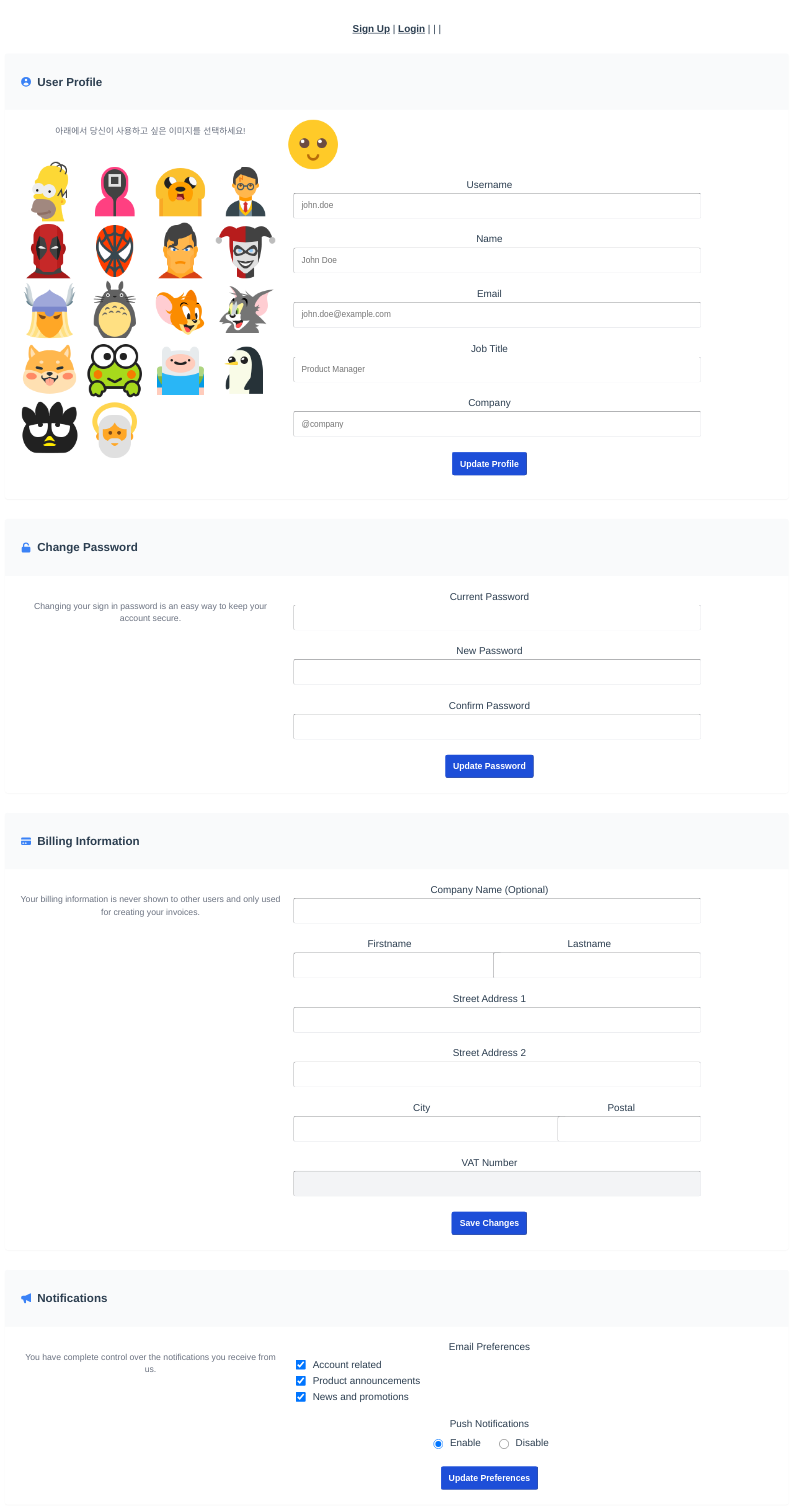
Repository: ryuwc/E_U
Page: /edit (app in final-pjt-front/)
An editor plug-in stored every save of this project. The page is shown before and after the next save, followed by the edit.
The browser window is 1280 px wide. The pictures show the whole page, at 62% of full size.
The project was rebuilt for these pictures with package versions that can differ from the ones it lists, and the page was loaded fresh each time. Also part of the build but not shown: final-pjt-front/vue.config.js.

Above is the page before, as saved 2022-11-17 16:52:56.

After the next save:
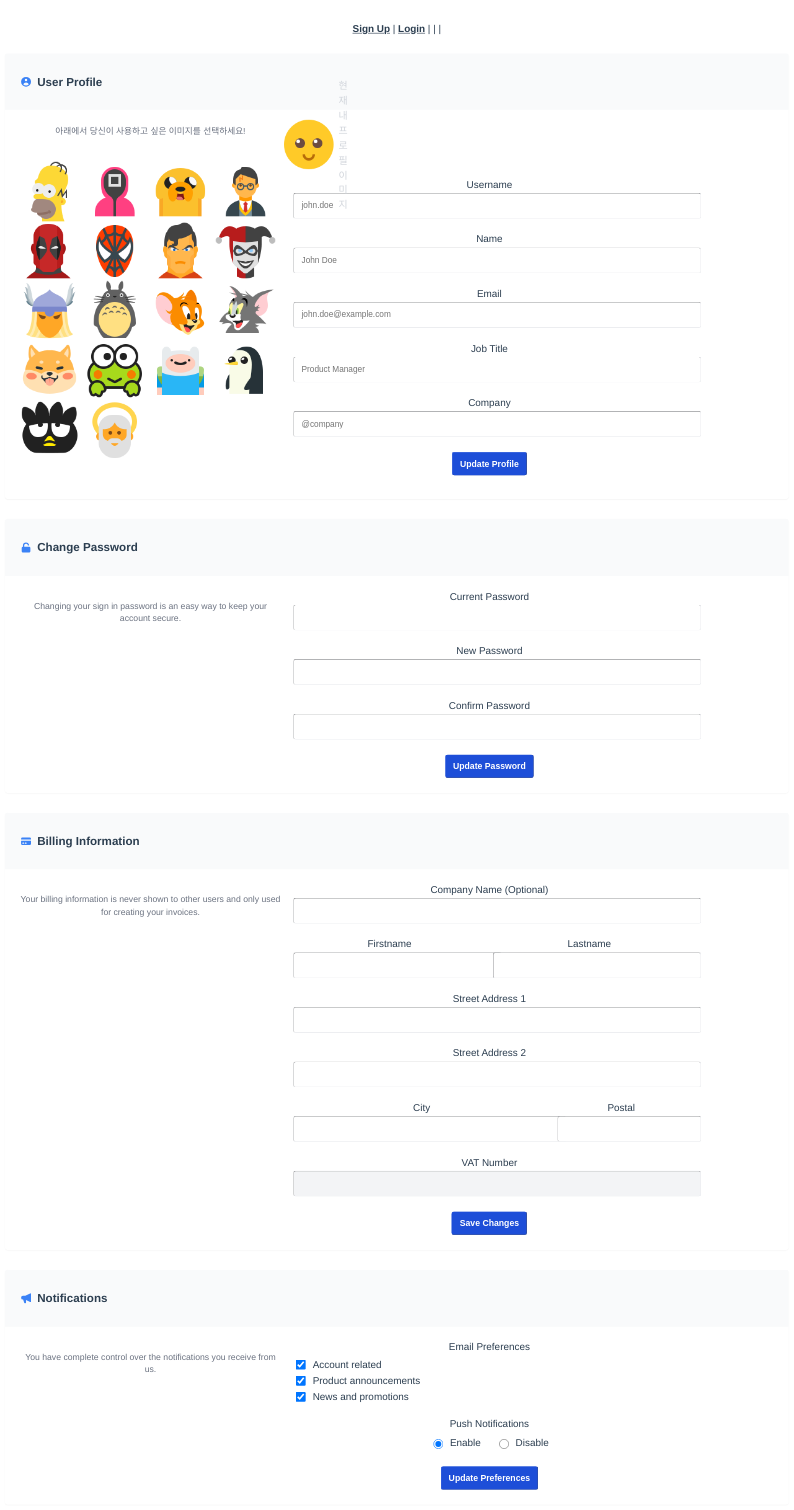
Saved 18 s later.
--- a/final-pjt-front/src/views/accounts/EditUserView.vue
+++ b/final-pjt-front/src/views/accounts/EditUserView.vue
@@ -43,6 +43,7 @@
             <div class="space-y-4 sm:flex sm:items-center sm:space-x-4 sm:space-y-0">
               <div class="inline-flex items-center justify-center w-16 h-16 text-gray-300 bg-gray-100 rounded-full">
                 <img class="w-22 h-22" src="data:[embedded picture, 3218 characters]">
+                <span>현재 내 프로필 이미지</span>
                 <!-- <svg class="inline-block w-8 h-8 hi-solid hi-user" fill="currentColor" viewBox="0 0 20 20" xmlns="http://www.w3.org/2000/svg"><path fill-rule="evenodd" d="M10 9a3 3 0 100-6 3 3 0 000 6zm-7 9a7 7 0 1114 0H3z" clip-rule="evenodd"/></svg> -->
               </div>
 
